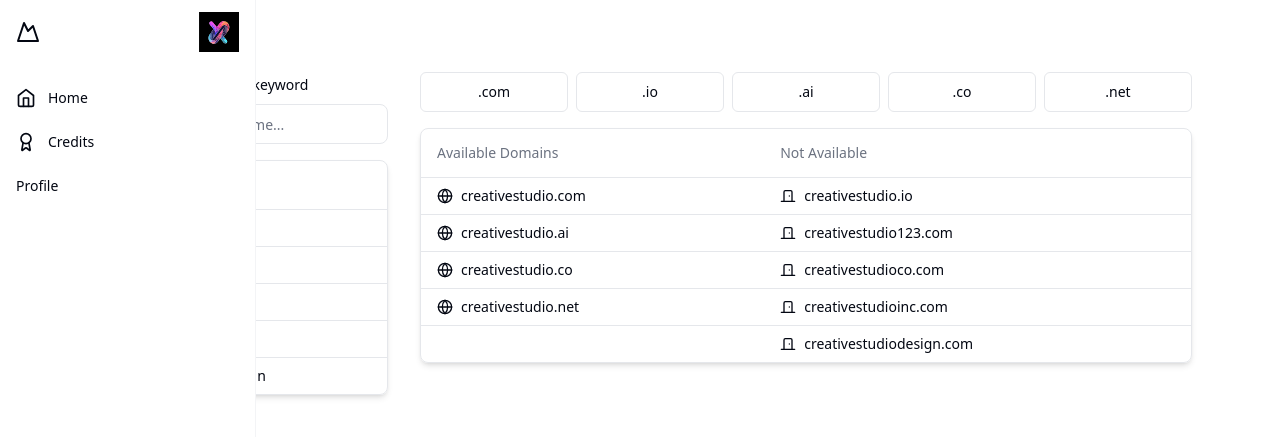
Repository: EliDorf/nyme
Page: /
These files come from the project's save history. The page is drawn as it stood at one moment and after the next save; the edit follows.
The browser window is 1280 px wide. The pictures show the whole page.
Pictures or frames that could not be fetched are drawn as grey boxes. The page's requests for data from a server got no answer. The project was rebuilt for these pictures with package versions that can differ from the ones it lists, and the page was loaded fresh each time. Some packages were replaced by stand-ins written for this rebuild. The framework's server and built-in components were replaced by stand-ins that run in the browser. No one was signed in, and anything a server would have sent is missing. Also part of the build but not shown: next.config.mjs, lib/utils.ts.

Above is the page before, as saved 2024-07-25 20:03:35.

### app/layout.tsx
import type { Metadata } from "next";
import { Inter } from "next/font/google";
import "./globals.css";
import type { AppProps } from 'next/app'
import { ClerkProvider, SignInButton, SignedIn, SignedOut, UserButton } from '@clerk/nextjs'

const inter = Inter({ subsets: ["latin"] });

export const metadata: Metadata = {
  title: "Create Next App",
  description: "Generated by create next app",
};


export default function RootLayout({
  children,
}: {
  children: React.ReactNode
}) {
  return (
    <ClerkProvider>
      <html lang="en">
        <body>
          <header>
            <SignedOut>
              <SignInButton />
            </SignedOut>
            <SignedIn>
              <UserButton />
            </SignedIn>
          </header>
          <main>
            {children}
          </main>
        </body>
      </html>
    </ClerkProvider>
  )
}

### app/(root)/layout.tsx
import { Dashboard } from '@/components/component/Dashboard';
import { Sidebar } from '@/components/shared/Sidebar';
import React from 'react';
import { MobileNav } from '@/components/shared/mobile-nav';

const Layout = ({ children }: { children: React.ReactNode }) => {
  return (
    <main className="root">
      <Sidebar />
        <div className='root-container'>
            <div className='wrapper'>
              <Dashboard/>
            {children}
            </div>
        </div>
    </main>
  );
}

export default Layout;

### app/(root)/page.tsx
import { UserButton } from '@clerk/nextjs'
import React from 'react'

const Home = () => {
  return (
    <div>
      <p>Home</p>

    </div>
  )
}

export default Home

### components/shared/Sidebar.tsx
/**
* This code was generated by v0 by Vercel.
* @see https://v0.dev/t/Kb4Ak8pzDAR
* Documentation: https://v0.dev/docs#integrating-generated-code-into-your-nextjs-app
*/

/** Add fonts into your Next.js project:

import { Inter } from 'next/font/google'

inter({
  subsets: ['latin'],
  display: 'swap',
})

To read more about using these font, please visit the Next.js documentation:
- App Directory: https://nextjs.org/docs/app/building-your-application/optimizing/fonts
- Pages Directory: https://nextjs.org/docs/pages/building-your-application/optimizing/fonts
**/
import Link from "next/link"
import { DropdownMenu, DropdownMenuTrigger, DropdownMenuContent, DropdownMenuLabel, DropdownMenuSeparator, DropdownMenuItem } from "@/components/ui/dropdown-menu"
import { Button } from "@/components/ui/button"
import { SignedIn, UserButton } from "@clerk/nextjs"
import Image from "next/image"

export function Sidebar() {
  return (
    <aside className="fixed inset-y-0 left-0 z-10 flex h-full w-64 flex-col bg-background border-r border-muted">
      <div className="flex h-16 shrink-0 items-center justify-between px-4">
        <Link href="/" className="flex items-center gap-2 font-semibold" prefetch={false}>
        <MountainIcon className="h-6 w-6" />
          <span className="sr-only">Nyme.AI</span>
        </Link>
        <DropdownMenu>
          <DropdownMenuTrigger asChild>
            <Button variant="ghost" size="icon" className="rounded-full">
              <Image src="output.svg" width="50" height="32" className="rounded-full" alt="image" />
            </Button>
          </DropdownMenuTrigger>
          <DropdownMenuContent align="end">
            <DropdownMenuLabel>My Account</DropdownMenuLabel>
            <DropdownMenuSeparator />
            <DropdownMenuItem>Profile</DropdownMenuItem>
            <DropdownMenuItem>Settings</DropdownMenuItem>
            <DropdownMenuSeparator />
            <DropdownMenuItem>Logout</DropdownMenuItem>
          </DropdownMenuContent>
        </DropdownMenu>
      </div>
      <nav className="flex-1 space-y-2 py-4">
        <Link
          href="/"
          className="flex items-center gap-3 rounded-md px-4 py-2 text-sm font-medium transition-colors hover:bg-muted hover:text-foreground"
          prefetch={false}
        >
          <HomeIcon className="h-5 w-5" />
          Home
        </Link>
        <Link
          href="/credits"
          className="flex items-center gap-3 rounded-md px-4 py-2 text-sm font-medium transition-colors hover:bg-muted hover:text-foreground"
          prefetch={false}
        >
          <AwardIcon className="h-5 w-5" />
          Credits
        </Link>
        <Link
          href="/profile"
          className="flex items-center gap-3 rounded-md px-4 py-2 text-sm font-medium transition-colors hover:bg-muted hover:text-foreground"
          prefetch={false}
        >
        <SignedIn>
          <UserButton />
        </SignedIn>
          Profile
        </Link>
      </nav>
    </aside>
  )
}

function AwardIcon(props: React.SVGProps<SVGSVGElement>) {
  return (
    <svg
      {...props}
      xmlns="http://www.w3.org/2000/svg"
      width="24"
      height="24"
      viewBox="0 0 24 24"
      fill="none"
      stroke="currentColor"
      strokeWidth="2"
      strokeLinecap="round"
      strokeLinejoin="round"
    >
      <path d="m15.477 12.89 1.515 8.526a.5.5 0 0 1-.81.47l-3.58-2.687a1 1 0 0 0-1.197 0l-3.586 2.686a.5.5 0 0 1-.81-.469l1.514-8.526" />
      <circle cx="12" cy="8" r="6" />
    </svg>
  )
}


function HomeIcon(props: React.SVGProps<SVGSVGElement>){
  return (
    <svg
      {...props}
      xmlns="http://www.w3.org/2000/svg"
      width="24"
      height="24"
      viewBox="0 0 24 24"
      fill="none"
      stroke="currentColor"
      strokeWidth="2"
      strokeLinecap="round"
      strokeLinejoin="round"
    >
      <path d="m3 9 9-7 9 7v11a2 2 0 0 1-2 2H5a2 2 0 0 1-2-2z" />
      <polyline points="9 22 9 12 15 12 15 22" />
    </svg>
  )
}


function MountainIcon(props: React.SVGProps<SVGSVGElement>) {
  return (
    <svg
      {...props}
      xmlns="http://www.w3.org/2000/svg"
      width="24"
      height="24"
      viewBox="0 0 24 24"
      fill="none"
      stroke="currentColor"
      strokeWidth="2"
      strokeLinecap="round"
      strokeLinejoin="round"
    >
      <path d="m8 3 4 8 5-5 5 15H2L8 3z" />
    </svg>
  )
}


function UserIcon(props: React.SVGProps<SVGSVGElement>) {
  return (
    <svg
      {...props}
      xmlns="http://www.w3.org/2000/svg"
      width="24"
      height="24"
      viewBox="0 0 24 24"
      fill="none"
      stroke="currentColor"
      strokeWidth="2"
      strokeLinecap="round"
      strokeLinejoin="round"
    >
      <path d="M19 21v-2a4 4 0 0 0-4-4H9a4 4 0 0 0-4 4v2" />
      <circle cx="12" cy="7" r="4" />
    </svg>
  )
}


function XIcon(props: React.SVGProps<SVGSVGElement>) {
  return (
    <svg
      {...props}
      xmlns="http://www.w3.org/2000/svg"
      width="24"
      height="24"
      viewBox="0 0 24 24"
      fill="none"
      stroke="currentColor"
      strokeWidth="2"
      strokeLinecap="round"
      strokeLinejoin="round"
    >
      <path d="M18 6 6 18" />
      <path d="m6 6 12 12" />
    </svg>
  )
}

### components/ui/label.tsx
"use client"

import * as React from "react"
import * as LabelPrimitive from "@radix-ui/react-label"
import { cva, type VariantProps } from "class-variance-authority"

import { cn } from "@/lib/utils"

const labelVariants = cva(
  "text-sm font-medium leading-none peer-disabled:cursor-not-allowed peer-disabled:opacity-70"
)

const Label = React.forwardRef<
  React.ElementRef<typeof LabelPrimitive.Root>,
  React.ComponentPropsWithoutRef<typeof LabelPrimitive.Root> &
    VariantProps<typeof labelVariants>
>(({ className, ...props }, ref) => (
  <LabelPrimitive.Root
    ref={ref}
    className={cn(labelVariants(), className)}
    {...props}
  />
))
Label.displayName = LabelPrimitive.Root.displayName

export { Label }

### components/ui/input.tsx
import * as React from "react"

import { cn } from "@/lib/utils"

export interface InputProps
  extends React.InputHTMLAttributes<HTMLInputElement> {}

const Input = React.forwardRef<HTMLInputElement, InputProps>(
  ({ className, type, ...props }, ref) => {
    return (
      <input
        type={type}
        className={cn(
          "flex h-10 w-full rounded-md border border-input bg-background px-3 py-2 text-sm ring-offset-background file:border-0 file:bg-transparent file:text-sm file:font-medium placeholder:text-muted-foreground focus-visible:outline-none focus-visible:ring-2 focus-visible:ring-ring focus-visible:ring-offset-2 disabled:cursor-not-allowed disabled:opacity-50",
          className
        )}
        ref={ref}
        {...props}
      />
    )
  }
)
Input.displayName = "Input"

export { Input }

### components/ui/table.tsx
import * as React from "react"

import { cn } from "@/lib/utils"

const Table = React.forwardRef<
  HTMLTableElement,
  React.HTMLAttributes<HTMLTableElement>
>(({ className, ...props }, ref) => (
  <div className="relative w-full overflow-auto">
    <table
      ref={ref}
      className={cn("w-full caption-bottom text-sm", className)}
      {...props}
    />
  </div>
))
Table.displayName = "Table"

const TableHeader = React.forwardRef<
  HTMLTableSectionElement,
  React.HTMLAttributes<HTMLTableSectionElement>
>(({ className, ...props }, ref) => (
  <thead ref={ref} className={cn("[&_tr]:border-b", className)} {...props} />
))
TableHeader.displayName = "TableHeader"

const TableBody = React.forwardRef<
  HTMLTableSectionElement,
  React.HTMLAttributes<HTMLTableSectionElement>
>(({ className, ...props }, ref) => (
  <tbody
    ref={ref}
    className={cn("[&_tr:last-child]:border-0", className)}
    {...props}
  />
))
TableBody.displayName = "TableBody"

const TableFooter = React.forwardRef<
  HTMLTableSectionElement,
  React.HTMLAttributes<HTMLTableSectionElement>
>(({ className, ...props }, ref) => (
  <tfoot
    ref={ref}
    className={cn(
      "border-t bg-muted/50 font-medium [&>tr]:last:border-b-0",
      className
    )}
    {...props}
  />
))
TableFooter.displayName = "TableFooter"

const TableRow = React.forwardRef<
  HTMLTableRowElement,
  React.HTMLAttributes<HTMLTableRowElement>
>(({ className, ...props }, ref) => (
  <tr
    ref={ref}
    className={cn(
      "border-b transition-colors hover:bg-muted/50 data-[state=selected]:bg-muted",
      className
    )}
    {...props}
  />
))
TableRow.displayName = "TableRow"

const TableHead = React.forwardRef<
  HTMLTableCellElement,
  React.ThHTMLAttributes<HTMLTableCellElement>
>(({ className, ...props }, ref) => (
  <th
    ref={ref}
    className={cn(
      "h-12 px-4 text-left align-middle font-medium text-muted-foreground [&:has([role=checkbox])]:pr-0",
      className
    )}
    {...props}
  />
))
TableHead.displayName = "TableHead"

const TableCell = React.forwardRef<
  HTMLTableCellElement,
  React.TdHTMLAttributes<HTMLTableCellElement>
>(({ className, ...props }, ref) => (
  <td
    ref={ref}
    className={cn("p-4 align-middle [&:has([role=checkbox])]:pr-0", className)}
    {...props}
  />
))
TableCell.displayName = "TableCell"

const TableCaption = React.forwardRef<
  HTMLTableCaptionElement,
  React.HTMLAttributes<HTMLTableCaptionElement>
>(({ className, ...props }, ref) => (
  <caption
    ref={ref}
    className={cn("mt-4 text-sm text-muted-foreground", className)}
    {...props}
  />
))
TableCaption.displayName = "TableCaption"

export {
  Table,
  TableHeader,
  TableBody,
  TableFooter,
  TableHead,
  TableRow,
  TableCell,
  TableCaption,
}

### components/ui/button.tsx
import * as React from "react"
import { Slot } from "@radix-ui/react-slot"
import { cva, type VariantProps } from "class-variance-authority"

import { cn } from "@/lib/utils"

const buttonVariants = cva(
  "inline-flex items-center justify-center whitespace-nowrap rounded-md text-sm font-medium ring-offset-background transition-colors focus-visible:outline-none focus-visible:ring-2 focus-visible:ring-ring focus-visible:ring-offset-2 disabled:pointer-events-none disabled:opacity-50",
  {
    variants: {
      variant: {
        default: "bg-primary text-primary-foreground hover:bg-primary/90",
        destructive:
          "bg-destructive text-destructive-foreground hover:bg-destructive/90",
        outline:
          "border border-input bg-background hover:bg-accent hover:text-accent-foreground",
        secondary:
          "bg-secondary text-secondary-foreground hover:bg-secondary/80",
        ghost: "hover:bg-accent hover:text-accent-foreground",
        link: "text-primary underline-offset-4 hover:underline",
      },
      size: {
        default: "h-10 px-4 py-2",
        sm: "h-9 rounded-md px-3",
        lg: "h-11 rounded-md px-8",
        icon: "h-10 w-10",
      },
    },
    defaultVariants: {
      variant: "default",
      size: "default",
    },
  }
)

export interface ButtonProps
  extends React.ButtonHTMLAttributes<HTMLButtonElement>,
    VariantProps<typeof buttonVariants> {
  asChild?: boolean
}

const Button = React.forwardRef<HTMLButtonElement, ButtonProps>(
  ({ className, variant, size, asChild = false, ...props }, ref) => {
    const Comp = asChild ? Slot : "button"
    return (
      <Comp
        className={cn(buttonVariants({ variant, size, className }))}
        ref={ref}
        {...props}
      />
    )
  }
)
Button.displayName = "Button"

export { Button, buttonVariants }

### components/ui/dropdown-menu.tsx
"use client"

import * as React from "react"
import * as DropdownMenuPrimitive from "@radix-ui/react-dropdown-menu"
import { Check, ChevronRight, Circle } from "lucide-react"

import { cn } from "@/lib/utils"

const DropdownMenu = DropdownMenuPrimitive.Root

const DropdownMenuTrigger = DropdownMenuPrimitive.Trigger

const DropdownMenuGroup = DropdownMenuPrimitive.Group

const DropdownMenuPortal = DropdownMenuPrimitive.Portal

const DropdownMenuSub = DropdownMenuPrimitive.Sub

const DropdownMenuRadioGroup = DropdownMenuPrimitive.RadioGroup

const DropdownMenuSubTrigger = React.forwardRef<
  React.ElementRef<typeof DropdownMenuPrimitive.SubTrigger>,
  React.ComponentPropsWithoutRef<typeof DropdownMenuPrimitive.SubTrigger> & {
    inset?: boolean
  }
>(({ className, inset, children, ...props }, ref) => (
  <DropdownMenuPrimitive.SubTrigger
    ref={ref}
    className={cn(
      "flex cursor-default select-none items-center rounded-sm px-2 py-1.5 text-sm outline-none focus:bg-accent data-[state=open]:bg-accent",
      inset && "pl-8",
      className
    )}
    {...props}
  >
    {children}
    <ChevronRight className="ml-auto h-4 w-4" />
  </DropdownMenuPrimitive.SubTrigger>
))
DropdownMenuSubTrigger.displayName =
  DropdownMenuPrimitive.SubTrigger.displayName

const DropdownMenuSubContent = React.forwardRef<
  React.ElementRef<typeof DropdownMenuPrimitive.SubContent>,
  React.ComponentPropsWithoutRef<typeof DropdownMenuPrimitive.SubContent>
>(({ className, ...props }, ref) => (
  <DropdownMenuPrimitive.SubContent
    ref={ref}
    className={cn(
      "z-50 min-w-[8rem] overflow-hidden rounded-md border bg-popover p-1 text-popover-foreground shadow-lg data-[state=open]:animate-in data-[state=closed]:animate-out data-[state=closed]:fade-out-0 data-[state=open]:fade-in-0 data-[state=closed]:zoom-out-95 data-[state=open]:zoom-in-95 data-[side=bottom]:slide-in-from-top-2 data-[side=left]:slide-in-from-right-2 data-[side=right]:slide-in-from-left-2 data-[side=top]:slide-in-from-bottom-2",
      className
    )}
    {...props}
  />
))
DropdownMenuSubContent.displayName =
  DropdownMenuPrimitive.SubContent.displayName

const DropdownMenuContent = React.forwardRef<
  React.ElementRef<typeof DropdownMenuPrimitive.Content>,
  React.ComponentPropsWithoutRef<typeof DropdownMenuPrimitive.Content>
>(({ className, sideOffset = 4, ...props }, ref) => (
  <DropdownMenuPrimitive.Portal>
    <DropdownMenuPrimitive.Content
      ref={ref}
      sideOffset={sideOffset}
      className={cn(
        "z-50 min-w-[8rem] overflow-hidden rounded-md border bg-popover p-1 text-popover-foreground shadow-md data-[state=open]:animate-in data-[state=closed]:animate-out data-[state=closed]:fade-out-0 data-[state=open]:fade-in-0 data-[state=closed]:zoom-out-95 data-[state=open]:zoom-in-95 data-[side=bottom]:slide-in-from-top-2 data-[side=left]:slide-in-from-right-2 data-[side=right]:slide-in-from-left-2 data-[side=top]:slide-in-from-bottom-2",
        className
      )}
      {...props}
    />
  </DropdownMenuPrimitive.Portal>
))
DropdownMenuContent.displayName = DropdownMenuPrimitive.Content.displayName

const DropdownMenuItem = React.forwardRef<
  React.ElementRef<typeof DropdownMenuPrimitive.Item>,
  React.ComponentPropsWithoutRef<typeof DropdownMenuPrimitive.Item> & {
    inset?: boolean
  }
>(({ className, inset, ...props }, ref) => (
  <DropdownMenuPrimitive.Item
    ref={ref}
    className={cn(
      "relative flex cursor-default select-none items-center rounded-sm px-2 py-1.5 text-sm outline-none transition-colors focus:bg-accent focus:text-accent-foreground data-[disabled]:pointer-events-none data-[disabled]:opacity-50",
      inset && "pl-8",
      className
    )}
    {...props}
  />
))
DropdownMenuItem.displayName = DropdownMenuPrimitive.Item.displayName

const DropdownMenuCheckboxItem = React.forwardRef<
  React.ElementRef<typeof DropdownMenuPrimitive.CheckboxItem>,
  React.ComponentPropsWithoutRef<typeof DropdownMenuPrimitive.CheckboxItem>
>(({ className, children, checked, ...props }, ref) => (
  <DropdownMenuPrimitive.CheckboxItem
    ref={ref}
    className={cn(
      "relative flex cursor-default select-none items-center rounded-sm py-1.5 pl-8 pr-2 text-sm outline-none transition-colors focus:bg-accent focus:text-accent-foreground data-[disabled]:pointer-events-none data-[disabled]:opacity-50",
      className
    )}
    checked={checked}
    {...props}
  >
    <span className="absolute left-2 flex h-3.5 w-3.5 items-center justify-center">
      <DropdownMenuPrimitive.ItemIndicator>
        <Check className="h-4 w-4" />
      </DropdownMenuPrimitive.ItemIndicator>
    </span>
    {children}
  </DropdownMenuPrimitive.CheckboxItem>
))
DropdownMenuCheckboxItem.displayName =
  DropdownMenuPrimitive.CheckboxItem.displayName

const DropdownMenuRadioItem = React.forwardRef<
  React.ElementRef<typeof DropdownMenuPrimitive.RadioItem>,
  React.ComponentPropsWithoutRef<typeof DropdownMenuPrimitive.RadioItem>
>(({ className, children, ...props }, ref) => (
  <DropdownMenuPrimitive.RadioItem
    ref={ref}
    className={cn(
      "relative flex cursor-default select-none items-center rounded-sm py-1.5 pl-8 pr-2 text-sm outline-none transition-colors focus:bg-accent focus:text-accent-foreground data-[disabled]:pointer-events-none data-[disabled]:opacity-50",
      className
    )}
    {...props}
  >
    <span className="absolute left-2 flex h-3.5 w-3.5 items-center justify-center">
      <DropdownMenuPrimitive.ItemIndicator>
        <Circle className="h-2 w-2 fill-current" />
      </DropdownMenuPrimitive.ItemIndicator>
    </span>
    {children}
  </DropdownMenuPrimitive.RadioItem>
))
DropdownMenuRadioItem.displayName = DropdownMenuPrimitive.RadioItem.displayName

const DropdownMenuLabel = React.forwardRef<
  React.ElementRef<typeof DropdownMenuPrimitive.Label>,
  React.ComponentPropsWithoutRef<typeof DropdownMenuPrimitive.Label> & {
    inset?: boolean
  }
>(({ className, inset, ...props }, ref) => (
  <DropdownMenuPrimitive.Label
    ref={ref}
    className={cn(
      "px-2 py-1.5 text-sm font-semibold",
      inset && "pl-8",
      className
    )}
    {...props}
  />
))
DropdownMenuLabel.displayName = DropdownMenuPrimitive.Label.displayName

const DropdownMenuSeparator = React.forwardRef<
  React.ElementRef<typeof DropdownMenuPrimitive.Separator>,
  React.ComponentPropsWithoutRef<typeof DropdownMenuPrimitive.Separator>
>(({ className, ...props }, ref) => (
  <DropdownMenuPrimitive.Separator
    ref={ref}
    className={cn("-mx-1 my-1 h-px bg-muted", className)}
    {...props}
  />
))
DropdownMenuSeparator.displayName = DropdownMenuPrimitive.Separator.displayName

const DropdownMenuShortcut = ({
  className,
  ...props
}: React.HTMLAttributes<HTMLSpanElement>) => {
  return (
    <span
      className={cn("ml-auto text-xs tracking-widest opacity-60", className)}
      {...props}
    />
  )
}
DropdownMenuShortcut.displayName = "DropdownMenuShortcut"

export {
  DropdownMenu,
  DropdownMenuTrigger,
  DropdownMenuContent,
  DropdownMenuItem,
  DropdownMenuCheckboxItem,
  DropdownMenuRadioItem,
  DropdownMenuLabel,
  DropdownMenuSeparator,
  DropdownMenuShortcut,
  DropdownMenuGroup,
  DropdownMenuPortal,
  DropdownMenuSub,
  DropdownMenuSubContent,
  DropdownMenuSubTrigger,
  DropdownMenuRadioGroup,
}

Loaded but not shown: app/globals.css (common file); tailwind.config.ts (common file); components/component/Dashboard.tsx (289 lines, source omitted); components/shared/new-sidebar.tsx (287 lines, source omitted)

After the next save:
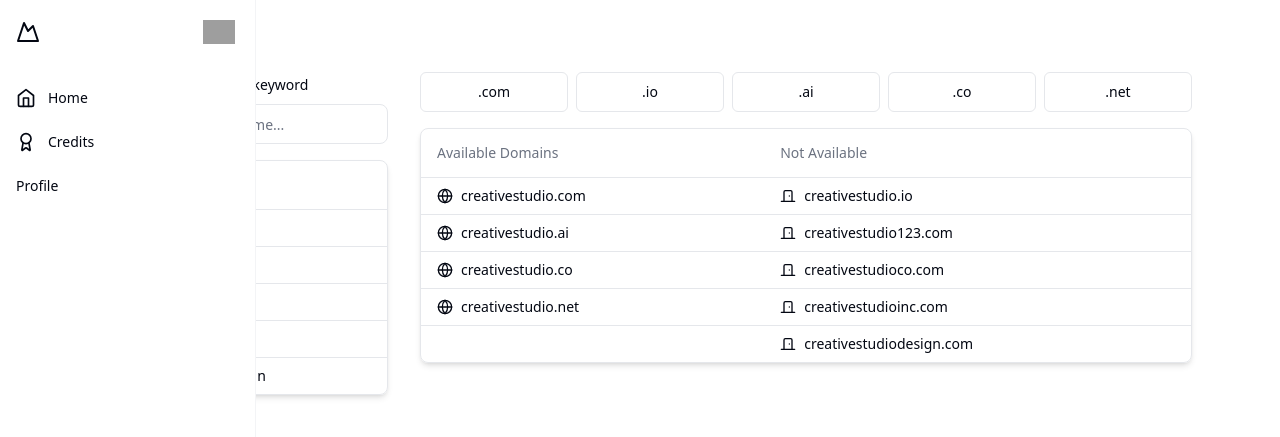
Saved 24 s later.
--- a/app/(root)/layout.tsx
+++ b/app/(root)/layout.tsx
@@ -2,11 +2,12 @@ import { Dashboard } from '@/components/component/Dashboard';
 import { Sidebar } from '@/components/shared/Sidebar';
 import React from 'react';
 import { MobileNav } from '@/components/shared/mobile-nav';
+import { NewSidebar } from '@/components/shared/new-sidebar';
 
 const Layout = ({ children }: { children: React.ReactNode }) => {
   return (
     <main className="root">
-      <Sidebar />
+      <NewSidebar />
         <div className='root-container'>
             <div className='wrapper'>
               <Dashboard/>
